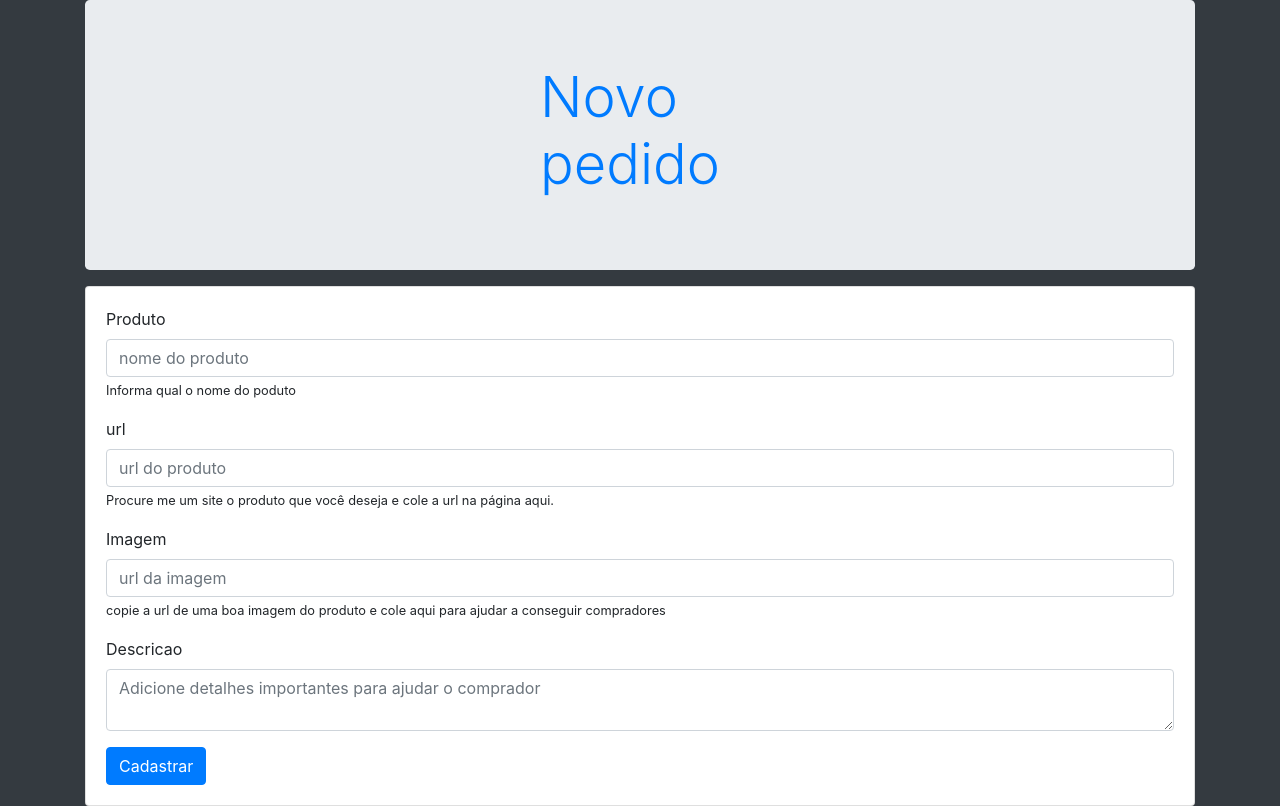
Repository: Erick-Fernandes-dev/Spring_MVC_Part2
Page: http://localhost/pedido/formulario
The author's editor kept a copy of each file at every save. The page is drawn from the files as they stood at one save, then again after the next save.
The browser window is 1280 px wide. The pictures show the whole page.
The page is this project's Thymeleaf template; nobody is signed in. The template is opened directly, without the code that normally fills it, so the values that code supplies are empty.

Above is the page before, as saved 2022-05-26 18:14:47.

After the next save:
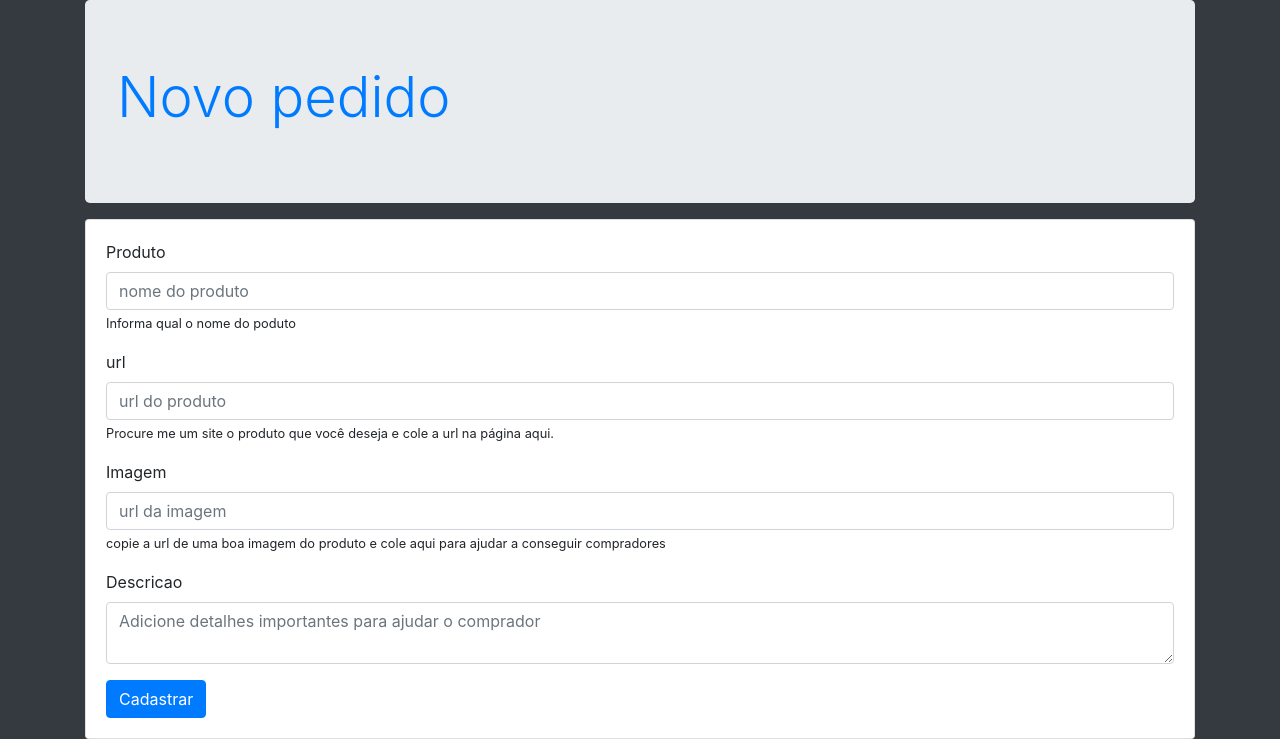
Saved 20 s later.
--- a/mudi/src/main/resources/templates/pedido/formulario.html
+++ b/mudi/src/main/resources/templates/pedido/formulario.html
@@ -15,7 +15,7 @@
 
 		<div class="jumbotron mb-0">
 
-			<h1 class="display-4 text-primary mx-auto" style="width: 200px;">Novo pedido</h1>
+			<h1 class="display-4 text-primary" >Novo pedido</h1>
 
 		</div>
 
